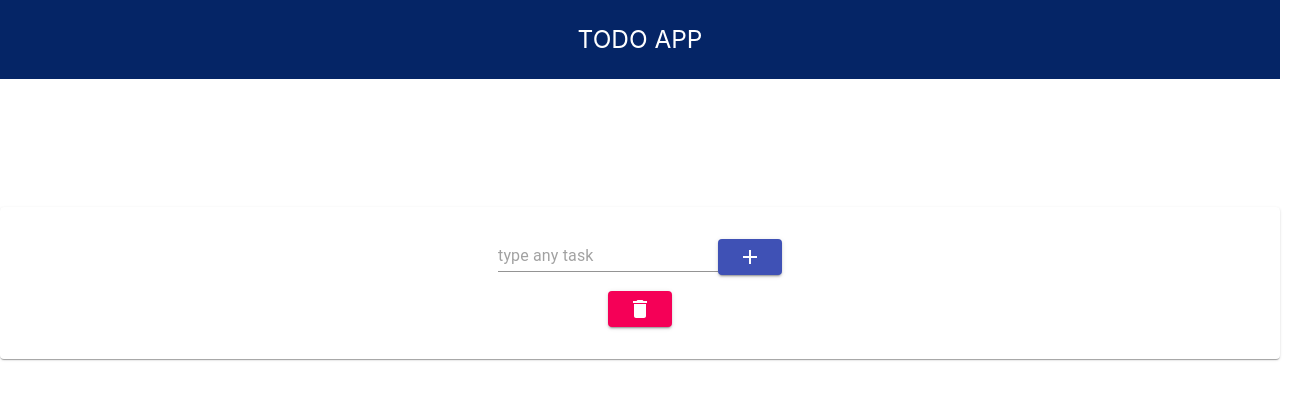
Repository: Shams97/Todo-app
Page: /
The author's editor kept a copy of each file at every save. The page is drawn from the files as they stood at one save, then again after the next save.
The browser window is 1280 px wide. The page is 1292 px wide, so the pictures cover 1292 px, including what lies to the right of the window. The pictures show the whole page.
The project was rebuilt for these pictures with package versions that can differ from the ones it lists, and the page was loaded fresh each time.

Above is the page before, as saved 2021-06-27 01:20:44.

### src/App.js
import './App.css';
import Tasks from './tasks/tasks';
function App() {
  return (
    <div className="App">
      <header className="App-header">
            <p> TODO APP</p>
      </header>
      <Tasks/>
    </div>
  );
}

export default App;

### src/App.css
.App {
  text-align: center;
}

.App-header {
  background-color: #052566;
  min-height: 10vh;
  display: flex;
  flex-direction: column;
  align-items: center;
  justify-content: center;
  font-size: calc(10px + 2vmin);
  color: white;
  margin-bottom: 10%;
}
.container {
  padding:0% 2%;
}

### src/tasks/tasks.js
import React, { useState } from "react";
import { makeStyles } from "@material-ui/core/styles";
import AddIcon from "@material-ui/icons/Add";
import DeleteIcon from "@material-ui/icons/Delete";
import { Button, Input, Grid, Paper } from "@material-ui/core";

const useStyles = makeStyles((theme) => ({
  root: {
    flexGrow: 1,
  },
  paper: {
    padding: theme.spacing(4),
    textAlign: "center",
    color: theme.palette.text.secondary,
  },
}));

export default function Tasks() {
  const classes = useStyles();
  const [task, setTask] = useState("");
  const [newtask, setNewTask] = useState([]);

  const addTask = () => {
    setNewTask((prev) => {
      return [...prev, task];
    });
    setTask("");
  };

  return (
    <Grid container spacing={3} className={classes.root}>
      <Grid item xs={12}>
        <Paper className={classes.paper}>
          <Input
            placeholder="type any task"
            onChange={(e) => setTask(e.target.value)}
            value={task}
          ></Input>
          <Button
            type="submit"
            color="primary"
            variant="contained"
            onClick={addTask}
          >
            <AddIcon />
          </Button>
          <ul>
            {newtask.map((val) => {
              return val != "" ? (
                <li>{val}</li>
              ) : (
                alert("please full your task to display it")
              );
            })}
          </ul>
          <div>
            {newtask ? (
              <Button
                variant="contained"
                color="secondary"
                onClick={() => {
                  setNewTask([]);
                }}
              >
                <DeleteIcon />
              </Button>
            ) : null}
          </div>
        </Paper>
      </Grid>
    </Grid>
  );
}

Loaded but not shown: public/index.html (common file); src/index.js (common file); src/index.css (common file); src/reportWebVitals.js (common file)

After the next save:
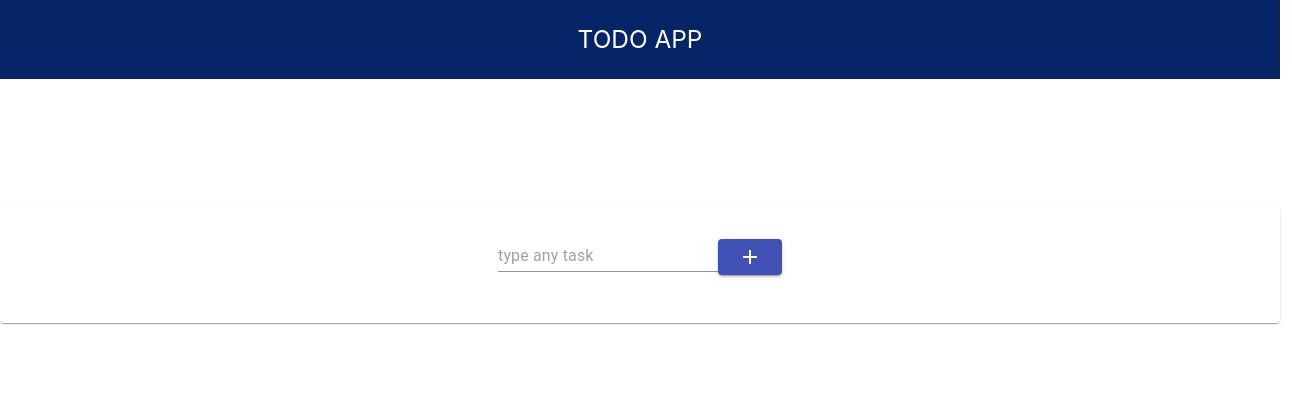
Saved 21 s later.
--- a/src/tasks/tasks.js
+++ b/src/tasks/tasks.js
@@ -54,7 +54,7 @@
             })}
           </ul>
           <div>
-            {newtask ? (
+            {task ? (
               <Button
                 variant="contained"
                 color="secondary"

After the save that followed:
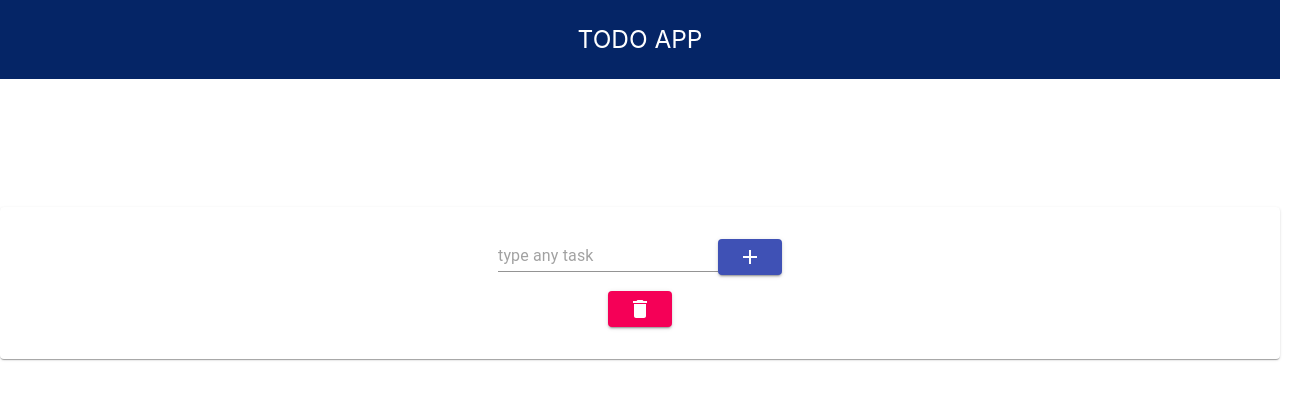
Saved 3 min 28 s later.
--- a/src/tasks/tasks.js
+++ b/src/tasks/tasks.js
@@ -1,73 +1,57 @@
-import React, { useState } from "react";
-import { makeStyles } from "@material-ui/core/styles";
-import AddIcon from "@material-ui/icons/Add";
-import DeleteIcon from "@material-ui/icons/Delete";
-import { Button, Input, Grid, Paper } from "@material-ui/core";
+import React,{useState} from "react";
+import { makeStyles } from '@material-ui/core/styles';
+import AddIcon from '@material-ui/icons/Add';
+import DeleteIcon from '@material-ui/icons/Delete';
+import { Button,Input,Grid,Paper } from "@material-ui/core";
 
 const useStyles = makeStyles((theme) => ({
-  root: {
-    flexGrow: 1,
-  },
-  paper: {
-    padding: theme.spacing(4),
-    textAlign: "center",
-    color: theme.palette.text.secondary,
-  },
-}));
+    root: {
+      flexGrow: 1,
+    },
+    paper: {
+      padding: theme.spacing(4),
+      textAlign: 'center',
+      color: theme.palette.text.secondary,
+    },
+  }));
 
 export default function Tasks() {
-  const classes = useStyles();
-  const [task, setTask] = useState("");
-  const [newtask, setNewTask] = useState([]);
+    const classes = useStyles();
+    const [task, setTask] = useState('')
+    const [newtask, setNewTask] = useState([])
 
-  const addTask = () => {
-    setNewTask((prev) => {
-      return [...prev, task];
-    });
-    setTask("");
-  };
+    const addTask=()=>{
+        setNewTask((prev)=>{
+			return [...prev, task]
+		});
+        setTask('');
+    }
 
-  return (
-    <Grid container spacing={3} className={classes.root}>
-      <Grid item xs={12}>
-        <Paper className={classes.paper}>
-          <Input
-            placeholder="type any task"
-            onChange={(e) => setTask(e.target.value)}
-            value={task}
-          ></Input>
-          <Button
-            type="submit"
-            color="primary"
-            variant="contained"
-            onClick={addTask}
-          >
-            <AddIcon />
-          </Button>
-          <ul>
-            {newtask.map((val) => {
-              return val != "" ? (
-                <li>{val}</li>
-              ) : (
-                alert("please full your task to display it")
-              );
-            })}
-          </ul>
-          <div>
-            {task ? (
-              <Button
-                variant="contained"
-                color="secondary"
-                onClick={() => {
-                  setNewTask([]);
-                }}
-              >
-                <DeleteIcon />
-              </Button>
-            ) : null}
-          </div>
-        </Paper>
-      </Grid>
-    </Grid>
+    return (
+        <Grid container spacing={3} className={classes.root}>
+            <Grid item xs={12}>
+                <Paper className={classes.paper}>
+                    <Input placeholder="type any task" onChange={(e) => setTask(e.target.value)} value={task}></Input>
+                    <Button type="submit" color="primary" variant="contained" onClick={addTask}>
+                       <AddIcon/>
+                    </Button>
+                        <ul>
+                            { newtask ?
+                                newtask.map((val)=>{
+                                    return <li>{val}</li>
+                                 })
+                            : alert('please add a task first')}
+                            </ul>
+                    <div>
+
+                    { newtask ?
+                    <Button variant="contained" color="secondary" onClick={ () => { setNewTask([])}}>
+                        <DeleteIcon/>
+                    </Button>
+                    : null}
+                    </div>
+                </Paper>
+            </Grid>
+        </Grid>
   );
 }
